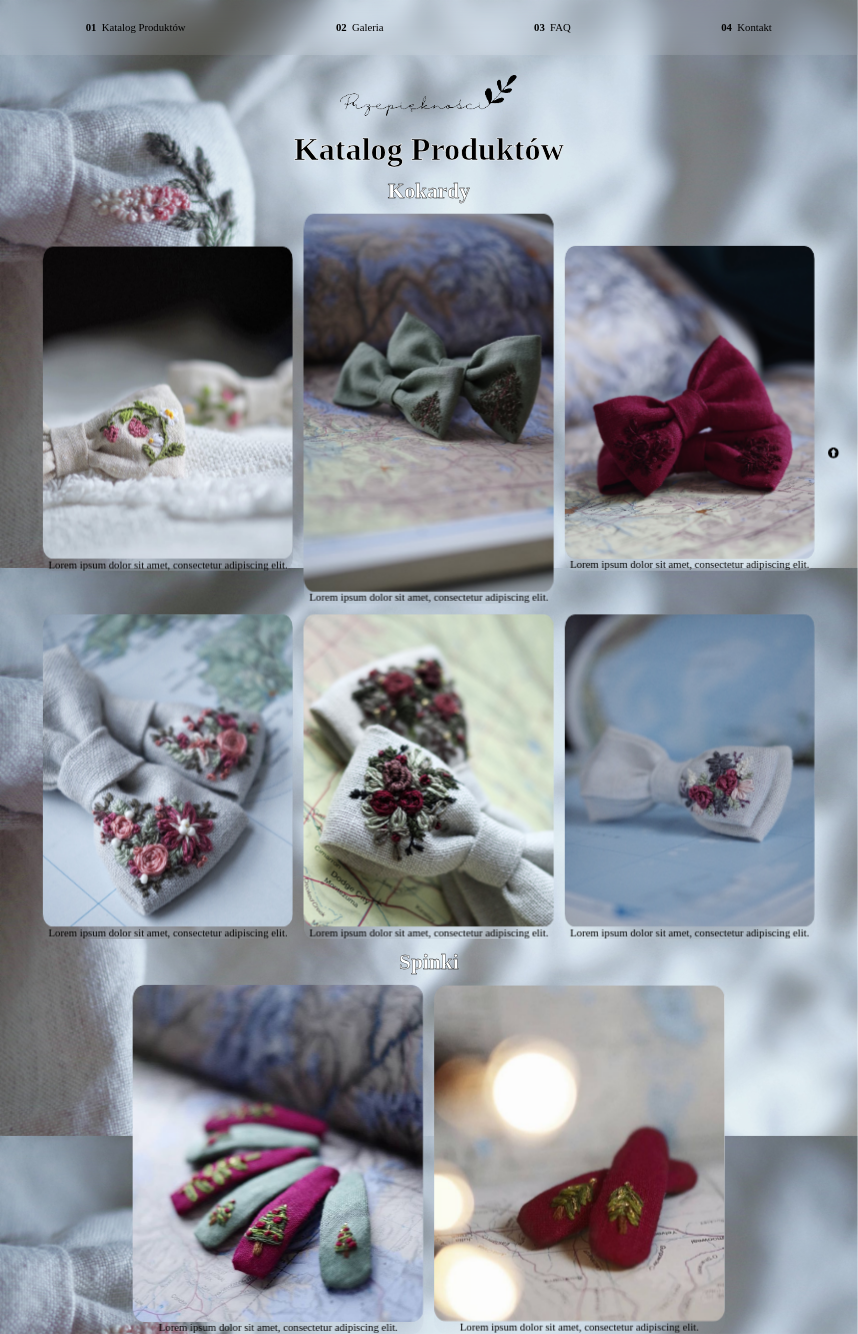
Repository: kowalkos/Rak_projekt
Page: /produkty
The author's editor kept a copy of each file at every save. The page is drawn from the files as they stood at one save, then again after the next save.
The browser window is 1280 px wide. The pictures show the whole page, at 67% of full size.
Backgrounds fixed to the window are drawn as part of the page. The project was rebuilt for these pictures with package versions that can differ from the ones it lists, and the page was loaded fresh each time. Also part of the build but not shown: src/components/galeria/Galeria.js, src/components/main/Main.js, src/components/FAQ/Faq.js, src/components/about/About.js.

Above is the page before, as saved 2022-01-16 19:31:51.

After the next save:
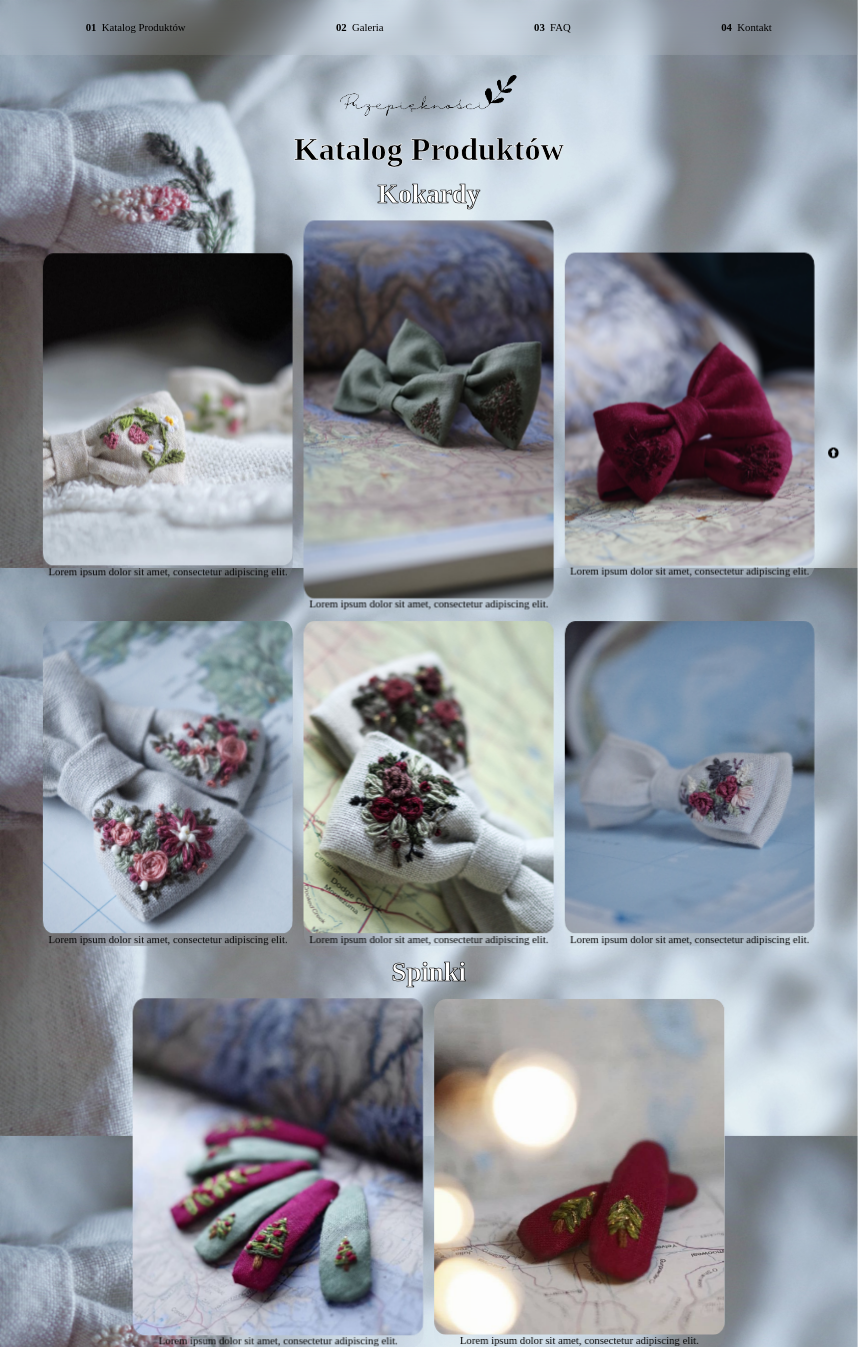
Saved 85 s later.
--- a/src/components/produkty/Produkt.css
+++ b/src/components/produkty/Produkt.css
@@ -18,9 +18,9 @@
 h2{
     margin: 1rem auto;
     color: white;
-    -webkit-text-stroke: 0.5px black;
+    -webkit-text-stroke: 1px black;
     width: max(70%,300px);
-    font-size: 2rem;
+    font-size: 2.5rem;
 }
 @supports(backdrop-filter: blur(1rem)) {
     .items{
